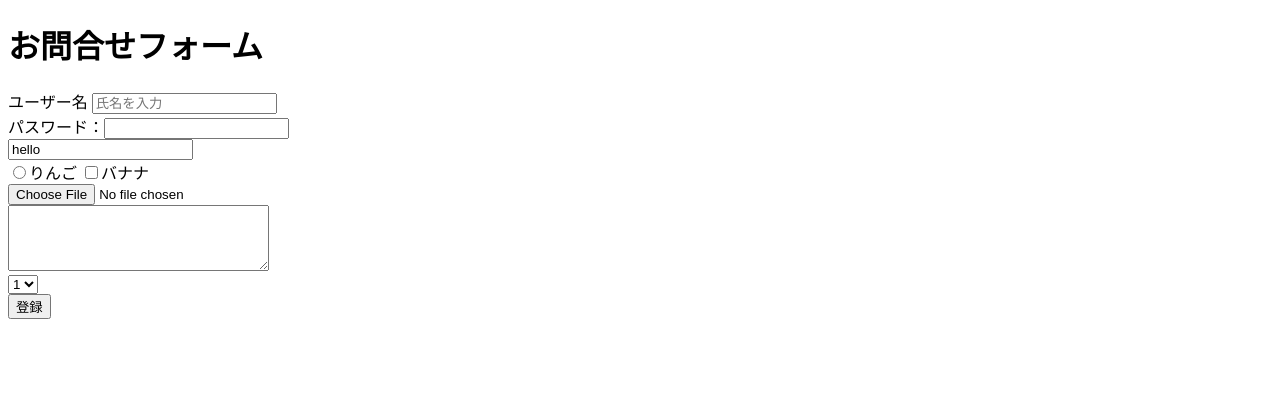
Repository: Jutta197/frontend726
Page: form.html
The author's editor kept a copy of each file at every save. The page is drawn from the files as they stood at one save, then again after the next save.
The browser window is 1280 px wide. The pictures show the whole page.

Above is the page before, as saved 2023-07-27 15:43:59.

### form.html
<!DOCTYPE html>
<html lang="en">

<head>
    <meta charset="UTF-8">
    <meta name="viewport" content="width=device-width, initial-scale=1.0">
    <title>Document</title>
</head>

<body>
    <h1>お問合せフォーム</h1>
    <form action="" method="post">
        <label for="username">ユーザー名</label>
        <input type="text" name="username" placeholder="氏名を入力" required><br>
        パスワード：<input type="password" name="password"><br>
        <input type="text" name="name" value="hello"><br>
        <input type="radio">りんご
        <input type="checkbox">バナナ<br>
        <input type="file"><br>
        <textarea name="details" id="" cols="30" rows="4"></textarea><br>
        <select name="fruit" id="">
            <option value="1">1</option>
            <option value="2">2</option>
            <option value="3">3</option>
        </select><br>

        <input type="submit" value="登録">


    </form>


</body>

</html>

After the next save:
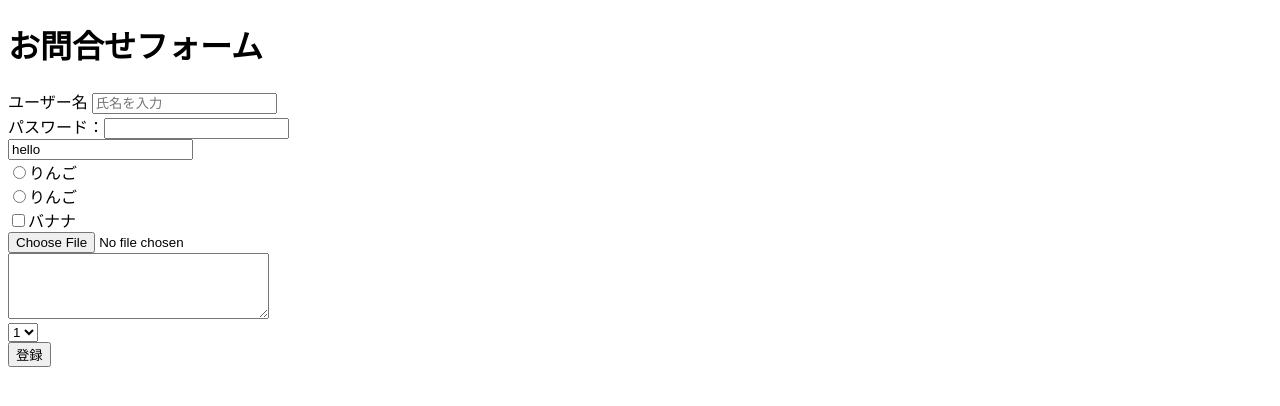
Saved 34 s later.
--- a/form.html
+++ b/form.html
@@ -14,7 +14,8 @@
         <input type="text" name="username" placeholder="氏名を入力" required><br>
         パスワード：<input type="password" name="password"><br>
         <input type="text" name="name" value="hello"><br>
-        <input type="radio">りんご
+        <input type="radio">りんご<br>
+        <input type="radio">りんご<br>
         <input type="checkbox">バナナ<br>
         <input type="file"><br>
         <textarea name="details" id="" cols="30" rows="4"></textarea><br>
